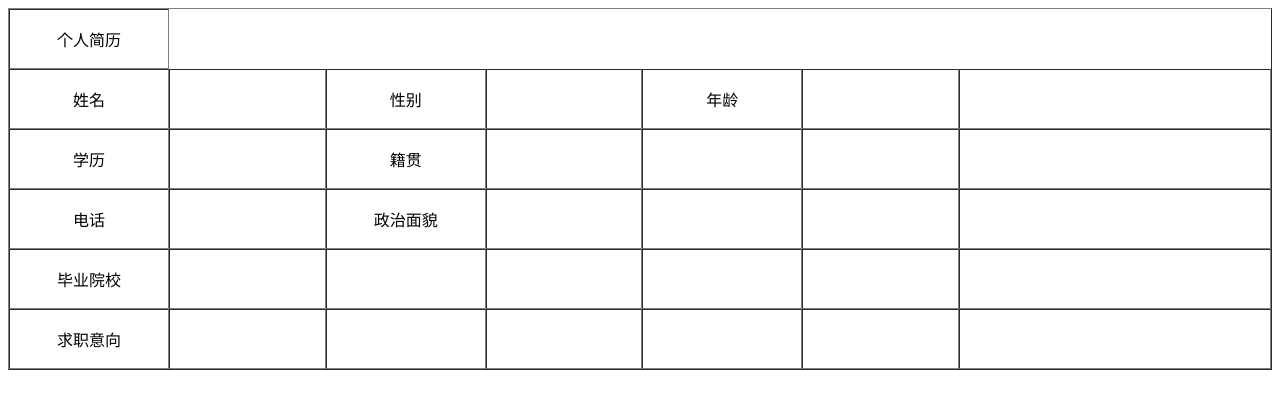
Repository: fixbb/workspace
Page: 007个人简历制作/index.html
These files come from the project's save history. The page is drawn as it stood at one moment and after the next save; the edit follows.
The browser window is 1280 px wide. The pictures show the whole page.

Above is the page before, as saved 2021-08-23 16:24:14.

After the next save:
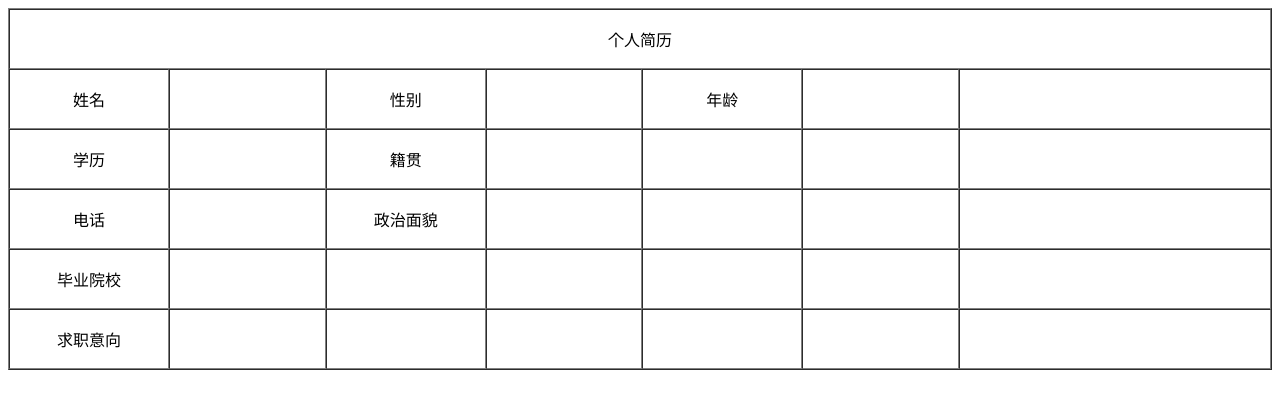
Saved 54 s later.
--- a/007个人简历制作/index.html
+++ b/007个人简历制作/index.html
@@ -17,8 +17,8 @@
         <col width="200px">
         <col width="200px">
         <col width="400px">
-        <tr align="center" height="60px" width="1400px">
-            <td>个人简历</td>
+        <tr align="center" height="60px">
+            <td colspan="7">个人简历</td>
         </tr>
         <tr align="center" height="60px">
             <td>姓名</td>
